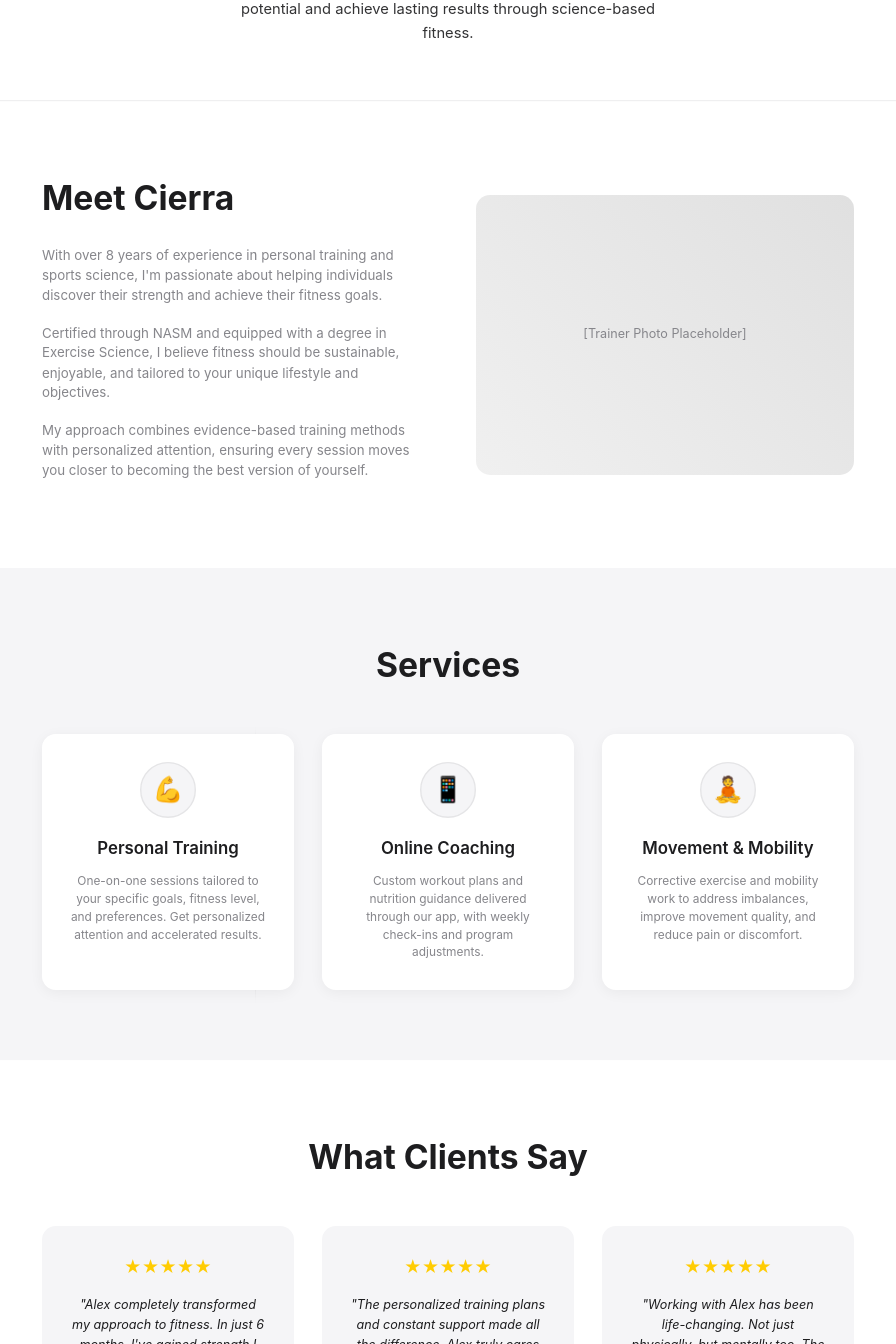
Repository: Hinuix/Ear-Website
Page: index.html
An editor plug-in stored every save of this project. The page is shown before and after the next save, followed by the edit.
The browser window is 1280 px wide. The pictures show the part of the page from y = 308 to 2228 px (the page is 4383 px tall before and 4326 px after), at 70% of full size.

Above is the page before, as saved 2025-08-10 12:13:48.

### index.html
<!DOCTYPE html>
<html lang="en">
<head>
    <meta charset="UTF-8">
    <meta name="viewport" content="width=device-width, initial-scale=1.0">
    <title>Alex Cooper - Personal Training</title>
    <style>
        * {
            margin: 0;
            padding: 0;
            box-sizing: border-box;
        }

        body {
            font-family: -apple-system, BlinkMacSystemFont, 'Segoe UI', Roboto, sans-serif;
            line-height: 1.6;
            color: #1d1d1f;
            background: #f5f5f7;
        }

        .container {
            max-width: 1200px;
            margin: 0 auto;
            padding: 0 20px;
        }

        /* Header */
        header {
            background: rgba(255, 255, 255, 0.8);
            backdrop-filter: blur(20px);
            position: fixed;
            top: 0;
            width: 100%;
            z-index: 1000;
            border-bottom: 1px solid rgba(0, 0, 0, 0.1);
        }

        nav {
            display: flex;
            justify-content: space-between;
            align-items: center;
            padding: 15px 20px;
            max-width: 1200px;
            margin: 0 auto;
        }

        .logo {
            font-size: 24px;
            font-weight: 600;
            color: #1d1d1f;
        }

        .nav-links {
            display: flex;
            list-style: none;
            gap: 30px;
        }

        .nav-links a {
            text-decoration: none;
            color: #1d1d1f;
            font-weight: 400;
            transition: color 0.3s ease;
        }

        .nav-links a:hover {
            color: #86868b;
        }

        /* Hero Section */
        .hero {
            background: white;
            color: #1d1d1f;
            text-align: center;
            padding: 120px 0 80px;
            margin-top: 70px;
            border-bottom: 1px solid #e5e5e7;
        }

        .hero h1 {
            font-size: 56px;
            font-weight: 700;
            margin-bottom: 20px;
            line-height: 1.1;
        }

        .hero p {
            font-size: 21px;
            font-weight: 400;
            opacity: 0.9;
            max-width: 600px;
            margin: 0 auto;
        }

        /* About Section */
        .about {
            padding: 100px 0;
            background: white;
        }

        .about-content {
            display: grid;
            grid-template-columns: 1fr 1fr;
            gap: 80px;
            align-items: center;
        }

        .about-text h2 {
            font-size: 48px;
            font-weight: 700;
            margin-bottom: 30px;
            color: #1d1d1f;
        }

        .about-text p {
            font-size: 19px;
            color: #86868b;
            margin-bottom: 25px;
            line-height: 1.5;
        }

        .about-image {
            background: linear-gradient(45deg, #f0f0f0, #e0e0e0);
            height: 400px;
            border-radius: 20px;
            display: flex;
            align-items: center;
            justify-content: center;
            font-size: 18px;
            color: #86868b;
        }

        /* Services Section */
        .services {
            padding: 100px 0;
            background: #f5f5f7;
        }

        .services h2 {
            text-align: center;
            font-size: 48px;
            font-weight: 700;
            margin-bottom: 60px;
            color: #1d1d1f;
        }

        .services-grid {
            display: grid;
            grid-template-columns: repeat(auto-fit, minmax(300px, 1fr));
            gap: 40px;
        }

        .service-card {
            background: white;
            padding: 40px;
            border-radius: 20px;
            text-align: center;
            box-shadow: 0 4px 20px rgba(0, 0, 0, 0.05);
            transition: transform 0.3s ease, box-shadow 0.3s ease;
        }

        .service-card:hover {
            transform: translateY(-5px);
            box-shadow: 0 8px 30px rgba(0, 0, 0, 0.1);
        }

        .service-icon {
            width: 80px;
            height: 80px;
            background: #f5f5f7;
            border: 2px solid #e5e5e7;
            border-radius: 50%;
            display: flex;
            align-items: center;
            justify-content: center;
            margin: 0 auto 25px;
            font-size: 36px;
            color: #1d1d1f;
        }

        .service-card h3 {
            font-size: 24px;
            font-weight: 600;
            margin-bottom: 15px;
            color: #1d1d1f;
        }

        .service-card p {
            font-size: 17px;
            color: #86868b;
            line-height: 1.5;
        }

        /* Testimonials Section */
        .testimonials {
            padding: 100px 0;
            background: white;
        }

        .testimonials h2 {
            text-align: center;
            font-size: 48px;
            font-weight: 700;
            margin-bottom: 60px;
            color: #1d1d1f;
        }

        .testimonials-grid {
            display: grid;
            grid-template-columns: repeat(auto-fit, minmax(350px, 1fr));
            gap: 40px;
        }

        .testimonial-card {
            background: #f5f5f7;
            padding: 40px;
            border-radius: 20px;
            text-align: center;
            transition: transform 0.3s ease;
        }

        .testimonial-card:hover {
            transform: translateY(-5px);
        }

        .stars {
            font-size: 24px;
            color: #ffcc02;
            margin-bottom: 20px;
        }

        .testimonial-card p {
            font-size: 18px;
            color: #1d1d1f;
            font-style: italic;
            line-height: 1.6;
            margin-bottom: 25px;
        }

        .testimonial-author {
            border-top: 1px solid #e5e5e7;
            padding-top: 20px;
        }

        .testimonial-author strong {
            display: block;
            font-size: 17px;
            color: #1d1d1f;
            margin-bottom: 5px;
        }

        .testimonial-author span {
            font-size: 15px;
            color: #86868b;
        }

        /* Contact Section */
        .contact {
            padding: 100px 0;
            background: white;
        }

        .contact h2 {
            text-align: center;
            font-size: 48px;
            font-weight: 700;
            margin-bottom: 20px;
            color: #1d1d1f;
        }

        .contact-subtitle {
            text-align: center;
            font-size: 21px;
            color: #86868b;
            margin-bottom: 60px;
        }

        .contact-form {
            max-width: 600px;
            margin: 0 auto;
        }

        .form-group {
            margin-bottom: 30px;
        }

        .form-group label {
            display: block;
            font-size: 17px;
            font-weight: 600;
            color: #1d1d1f;
            margin-bottom: 8px;
        }

        .form-group input,
        .form-group textarea {
            width: 100%;
            padding: 15px 20px;
            border: 1px solid #d2d2d7;
            border-radius: 12px;
            font-size: 17px;
            font-family: inherit;
            transition: border-color 0.3s ease, box-shadow 0.3s ease;
            background: #fbfbfd;
        }

        .form-group input:focus,
        .form-group textarea:focus {
            outline: none;
            border-color: #86868b;
            box-shadow: 0 0 0 3px rgba(134, 134, 139, 0.1);
        }

        .form-group textarea {
            height: 120px;
            resize: vertical;
        }

        .submit-btn {
            background: #1d1d1f;
            color: white;
            border: none;
            padding: 15px 40px;
            border-radius: 12px;
            font-size: 17px;
            font-weight: 600;
            cursor: pointer;
            transition: transform 0.2s ease, box-shadow 0.3s ease;
            width: 100%;
        }

        .submit-btn:hover {
            transform: translateY(-2px);
            box-shadow: 0 8px 25px rgba(29, 29, 31, 0.2);
        }

        /* Instagram Section */
        .instagram {
            padding: 100px 0;
            background: #f5f5f7;
        }

        .instagram h2 {
            text-align: center;
            font-size: 48px;
            font-weight: 700;
            margin-bottom: 60px;
            color: #1d1d1f;
        }

        .instagram-scroll {
            display: flex;
            gap: 20px;
            overflow-x: auto;
            padding: 20px 0;
            scroll-behavior: smooth;
        }

        .instagram-scroll::-webkit-scrollbar {
            height: 8px;
        }

        .instagram-scroll::-webkit-scrollbar-track {
            background: #e5e5e7;
            border-radius: 4px;
        }

        .instagram-scroll::-webkit-scrollbar-thumb {
            background: #d2d2d7;
            border-radius: 4px;
        }

        .instagram-scroll::-webkit-scrollbar-thumb:hover {
            background: #b0b0b0;
        }

        .instagram-post {
            min-width: 300px;
            height: 300px;
            background: white;
            border-radius: 20px;
            overflow: hidden;
            box-shadow: 0 4px 20px rgba(0, 0, 0, 0.05);
            transition: transform 0.3s ease;
            cursor: pointer;
        }

        .instagram-post:hover {
            transform: scale(1.05);
        }

        .instagram-post img {
            width: 100%;
            height: 100%;
            object-fit: cover;
        }

        /* Footer */
        footer {
            background: #1d1d1f;
            color: white;
            text-align: center;
            padding: 60px 0;
        }

        footer p {
            font-size: 17px;
            opacity: 0.8;
        }

        /* Responsive */
        @media (max-width: 768px) {
            .nav-links {
                display: none;
            }

            .hero h1 {
                font-size: 40px;
            }

            .hero p {
                font-size: 19px;
            }

            .about-content {
                grid-template-columns: 1fr;
                gap: 40px;
            }

            .about h2,
            .services h2,
            .contact h2,
            .instagram h2 {
                font-size: 36px;
            }

            .services-grid {
                grid-template-columns: 1fr;
            }

            .instagram-post {
                min-width: 250px;
                height: 250px;
            }
        }

        /* Animations */
        @keyframes fadeInUp {
            from {
                opacity: 0;
                transform: translateY(30px);
            }
            to {
                opacity: 1;
                transform: translateY(0);
            }
        }

        .fade-in {
            animation: fadeInUp 0.8s ease-out;
        }

        /* Smooth scrolling */
        html {
            scroll-behavior: smooth;
        }
    </style>
</head>
<body>
    <!-- Header -->
    <header>
        <nav>
            <div class="logo">Alex Cooper Fitness</div>
            <ul class="nav-links">
                <li><a href="#about">Meet</a></li>
                <li><a href="#services">Services</a></li>
                <li><a href="#testimonials">Reviews</a></li>
                <li><a href="#instagram">Follow the Journey</a></li>
                <li><a href="#contact">Start Your Journey</a></li>
            </ul>
        </nav>
    </header>

    <!-- Hero Section -->
    <section class="hero">
        <div class="container">
            <h1>Transform Your Life</h1>
            <p>Professional personal training designed to unlock your potential and achieve lasting results through science-based fitness.</p>
        </div>
    </section>

    <!-- About Section -->
    <section class="about" id="about">
        <div class="container">
            <div class="about-content">
                <div class="about-text fade-in">
                    <h2>Meet Cierra</h2>
                    <p>With over 8 years of experience in personal training and sports science, I'm passionate about helping individuals discover their strength and achieve their fitness goals.</p>
                    <p>Certified through NASM and equipped with a degree in Exercise Science, I believe fitness should be sustainable, enjoyable, and tailored to your unique lifestyle and objectives.</p>
                    <p>My approach combines evidence-based training methods with personalized attention, ensuring every session moves you closer to becoming the best version of yourself.</p>
                </div>
                <div class="about-image">
                    [Trainer Photo Placeholder]
                </div>
            </div>
        </div>
    </section>

    <!-- Services Section -->
    <section class="services" id="services">
        <div class="container">
            <h2>Services</h2>
            <div class="services-grid">
                <div class="service-card fade-in">
                    <div class="service-icon">💪</div>
                    <h3>Personal Training</h3>
                    <p>One-on-one sessions tailored to your specific goals, fitness level, and preferences. Get personalized attention and accelerated results.</p>
                </div>
                <div class="service-card fade-in">
                    <div class="service-icon">📱</div>
                    <h3>Online Coaching</h3>
                    <p>Custom workout plans and nutrition guidance delivered through our app, with weekly check-ins and program adjustments.</p>
                </div>
                <div class="service-card fade-in">
                    <div class="service-icon">🧘</div>
                    <h3>Movement & Mobility</h3>
                    <p>Corrective exercise and mobility work to address imbalances, improve movement quality, and reduce pain or discomfort.</p>
                </div>
            </div>
        </div>
    </section>

    <!-- Testimonials Section -->
    <section class="testimonials" id="testimonials">
        <div class="container">
            <h2>What Clients Say</h2>
            <div class="testimonials-grid">
                <div class="testimonial-card fade-in">
                    <div class="stars">★★★★★</div>
                    <p>"Alex completely transformed my approach to fitness. In just 6 months, I've gained strength I never thought possible and feel more confident than ever."</p>
                    <div class="testimonial-author">
                        <strong>Sarah M.</strong>
                        <span>Marketing Director</span>
                    </div>
                </div>
                <div class="testimonial-card fade-in">
                    <div class="stars">★★★★★</div>
                    <p>"The personalized training plans and constant support made all the difference. Alex truly cares about your success and adapts everything to your needs."</p>
                    <div class="testimonial-author">
                        <strong>Mike R.</strong>
                        <span>Business Owner</span>
                    </div>
                </div>
                <div class="testimonial-card fade-in">
                    <div class="stars">★★★★★</div>
                    <p>"Working with Alex has been life-changing. Not just physically, but mentally too. The confidence and energy I've gained extends to every area of my life."</p>
                    <div class="testimonial-author">
                        <strong>Jennifer L.</strong>
                        <span>Teacher</span>
                    </div>
                </div>
            </div>
        </div>
    </section>

    <!-- Instagram Section -->
    <section class="instagram" id="instagram">
        <div class="container">
            <h2>Follow the Journey</h2>
            <div class="instagram-scroll" id="instagramFeed">
                <!-- Instagram posts will be loaded here -->
            </div>
        </div>
    </section>

    <!-- Contact Section -->
    <section class="contact" id="contact">
        <div class="container">
            <h2>Start Your Journey</h2>
            <p class="contact-subtitle">Ready to take the first step? Let's discuss your goals and create a plan that works for you.</p>
            <form class="contact-form" id="contactForm">
                <div class="form-group">
                    <label for="name">Name</label>
                    <input type="text" id="name" name="name" required>
                </div>
                <div class="form-group">
                    <label for="email">Email</label>
                    <input type="email" id="email" name="email" required>
                </div>
                <div class="form-group">
                    <label for="phone">Phone</label>
                    <input type="tel" id="phone" name="phone">
                </div>
                <div class="form-group">
                    <label for="goals">Your Fitness Goals</label>
                    <textarea id="goals" name="goals" placeholder="Tell me about what you'd like to achieve..."></textarea>
                </div>
                <button type="submit" class="submit-btn">Get Started</button>
            </form>
        </div>
    </section>

    <!-- Footer -->
    <footer>
        <div class="container">
            <p>&copy; 2025 Alex Cooper Fitness. Transforming lives through fitness.</p>
        </div>
    </footer>

    <script>
        // Smooth scrolling for navigation links
        document.querySelectorAll('a[href^="#"]').forEach(anchor => {
            anchor.addEventListener('click', function (e) {
                e.preventDefault();
                const target = document.querySelector(this.getAttribute('href'));
                if (target) {
                    target.scrollIntoView({
                        behavior: 'smooth',
                        block: 'start'
                    });
                }
            });
        });

        // Form submission
        document.getElementById('contactForm').addEventListener('submit', function(e) {
            e.preventDefault();

            // Get form data
            const formData = new FormData(this);
            const data = Object.fromEntries(formData);

            // Simple validation
            if (!data.name || !data.email) {
                alert('Please fill in your name and email.');
                return;
            }

            // Simulate form submission
            alert('Thank you for your interest! I\'ll get back to you within 24 hours.');
            this.reset();
        });

        // Instagram feed simulation with sample fitness images
        const instagramPosts = [
            {
                id: 1,
                image: 'https://images.unsplash.com/photo-1571019613454-1cb2f99b2d8b?w=300&h=300&fit=crop&crop=center',
                alt: 'Workout session'
            },
            {
                id: 2,
                image: 'https://images.unsplash.com/photo-1581009146145-b5ef050c2e1e?w=300&h=300&fit=crop&crop=center',
                alt: 'Gym training'
            },
            {
                id: 3,
                image: 'https://images.unsplash.com/photo-1534438327276-14e5300c3a48?w=300&h=300&fit=crop&crop=center',
                alt: 'Fitness motivation'
            },
            {
                id: 4,
                image: 'https://images.unsplash.com/photo-1517836357463-d25dfeac3438?w=300&h=300&fit=crop&crop=center',
                alt: 'Gym equipment'
            },
            {
                id: 5,
                image: 'https://images.unsplash.com/photo-1583454110551-21f2fa2afe61?w=300&h=300&fit=crop&crop=center',
                alt: 'Personal training'
            },
            {
                id: 6,
                image: 'https://images.unsplash.com/photo-1550345332-09e3ac987658?w=300&h=300&fit=crop&crop=center',
                alt: 'Fitness lifestyle'
            },
            {
                id: 7,
                image: 'https://images.unsplash.com/photo-1571019613454-1cb2f99b2d8b?w=300&h=300&fit=crop&crop=center',
                alt: 'Training session'
            },
            {
                id: 8,
                image: 'https://images.unsplash.com/photo-1506629905607-c8bb1ee42cc6?w=300&h=300&fit=crop&crop=center',
                alt: 'Outdoor fitness'
            }
        ];

        // Load Instagram posts
        function loadInstagramPosts() {
            const instagramFeed = document.getElementById('instagramFeed');

            instagramPosts.forEach(post => {
                const postElement = document.createElement('div');
                postElement.className = 'instagram-post';
                postElement.innerHTML = `<img src="${post.image}" alt="${post.alt}" loading="lazy">`;

                // Add click handler to simulate Instagram link
                postElement.addEventListener('click', () => {
                    window.open('https://instagram.com', '_blank');
                });

                instagramFeed.appendChild(postElement);
            });
        }

        // Intersection Observer for fade-in animations
        const observerOptions = {
            threshold: 0.1,
            rootMargin: '0px 0px -50px 0px'
        };

        const observer = new IntersectionObserver((entries) => {
            entries.forEach(entry => {
                if (entry.isIntersecting) {
                    entry.target.style.opacity = '1';
                    entry.target.style.transform = 'translateY(0)';
                }
            });
        }, observerOptions);

        // Initialize when page loads
        document.addEventListener('DOMContentLoaded', function() {
            loadInstagramPosts();

            // Observe fade-in elements
            document.querySelectorAll('.fade-in').forEach(el => {
                el.style.opacity = '0';
                el.style.transform = 'translateY(30px)';
                el.style.transition = 'opacity 0.8s ease, transform 0.8s ease';
                observer.observe(el);
            });
        });

        // Parallax effect for hero section
        window.addEventListener('scroll', () => {
            const scrolled = window.pageYOffset;
            const hero = document.querySelector('.hero');
            if (hero) {
                hero.style.transform = `translateY(${scrolled * 0.5}px)`;
            }
        });
    </script>
</body>
</html>

After the next save:
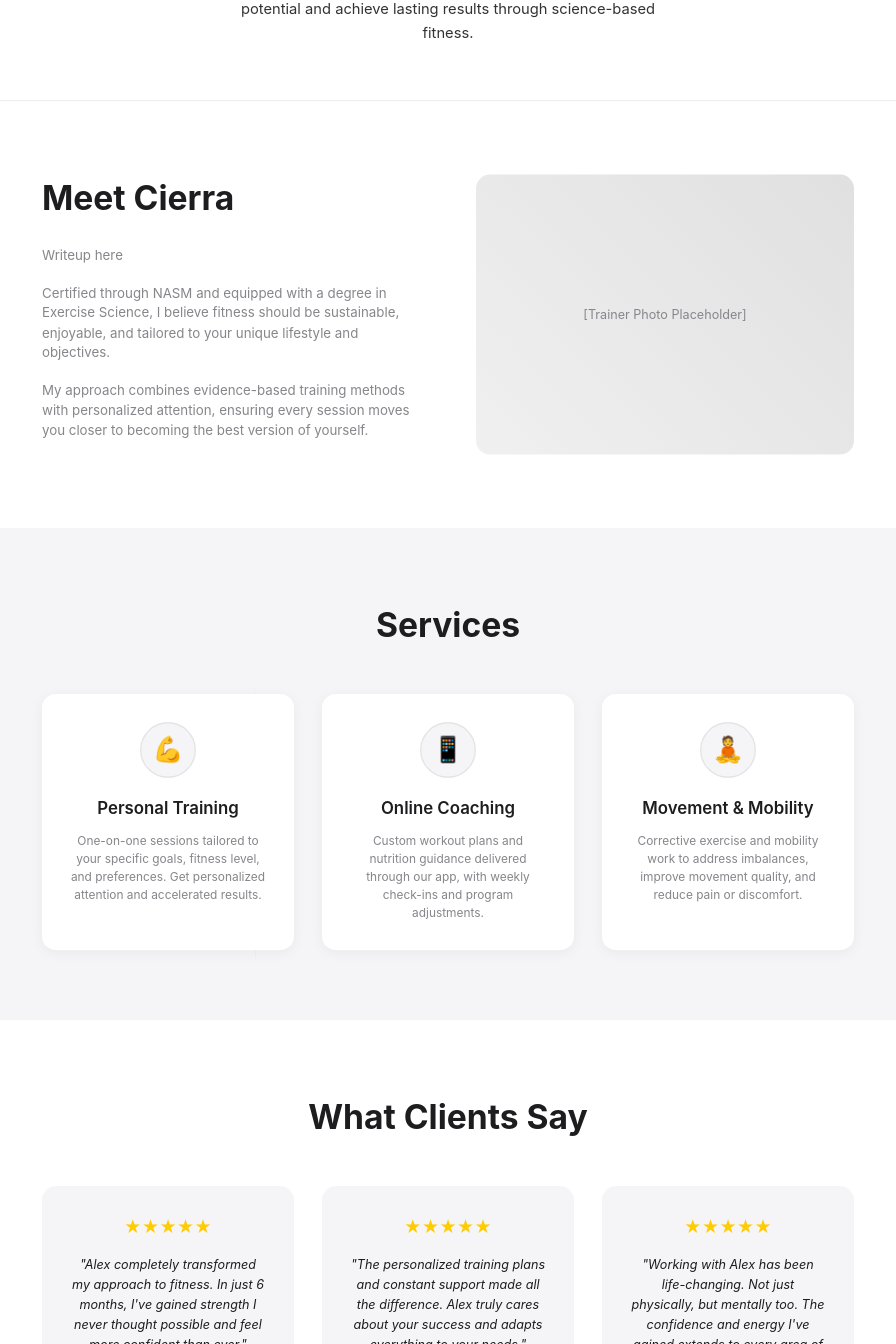
Saved 11 s later.
--- a/index.html
+++ b/index.html
@@ -495,7 +495,7 @@
             <div class="about-content">
                 <div class="about-text fade-in">
                     <h2>Meet Cierra</h2>
-                    <p>With over 8 years of experience in personal training and sports science, I'm passionate about helping individuals discover their strength and achieve their fitness goals.</p>
+                    <p>Writeup here</p>
                     <p>Certified through NASM and equipped with a degree in Exercise Science, I believe fitness should be sustainable, enjoyable, and tailored to your unique lifestyle and objectives.</p>
                     <p>My approach combines evidence-based training methods with personalized attention, ensuring every session moves you closer to becoming the best version of yourself.</p>
                 </div>
